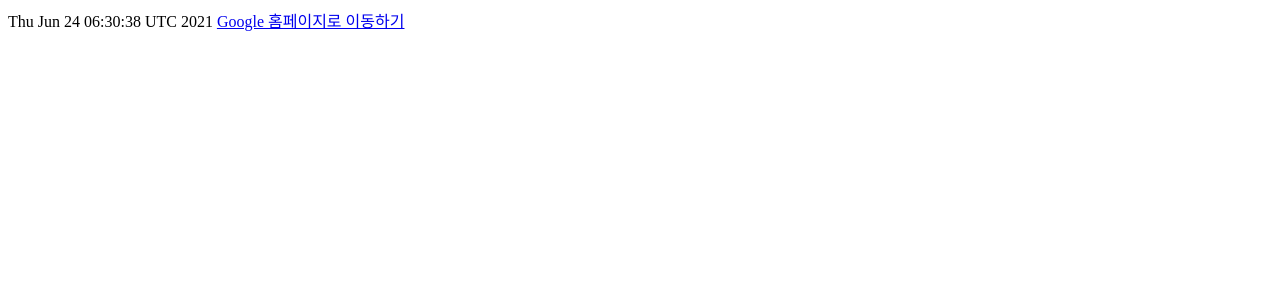
Repository: suinautant/learnCode
Page: http://localhost/JSPBook/ch05/ex05_response.jsp
An editor plug-in stored every save of this project. The page is shown before and after the next save, followed by the edit.
The browser window is 1280 px wide. The pictures show the whole page.
The page is served by Tomcat 9.

Above is the page before, as saved 2021-07-01 05:03:50.

After the next save:
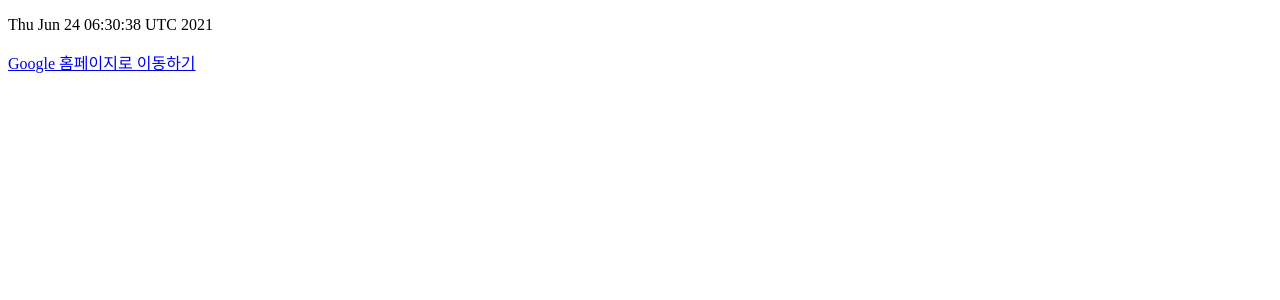
Saved 16 s later.
--- a/jsp/JSPBook/WebContent/ch05/ex05_response.jsp
+++ b/jsp/JSPBook/WebContent/ch05/ex05_response.jsp
@@ -7,7 +7,7 @@
 <title>Insert title here</title>
 </head>
 <body>
-<%=java.util.Calendar.getInstance().getTime() %>
+<p><%=java.util.Calendar.getInstance().getTime() %></p>
 <a href="./ex05_response_data.jsp">Google 홈페이지로 이동하기</a>
 
 </body>
